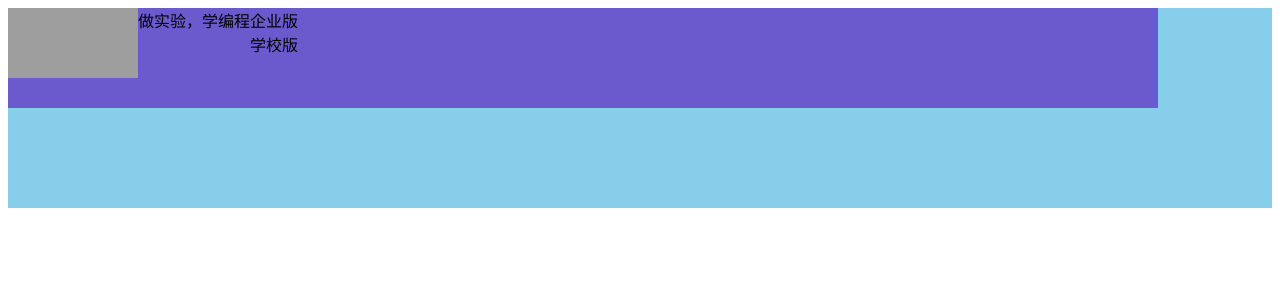
Repository: wuguozheng/xxbb
Page: /
The author's editor kept a copy of each file at every save. The page is drawn from the files as they stood at one save, then again after the next save.
The browser window is 1280 px wide. The pictures show the whole page.
Pictures or frames that could not be fetched are drawn as grey boxes. The project was rebuilt for these pictures with package versions that can differ from the ones it lists, and the page was loaded fresh each time.

Above is the page before, as saved 2020-06-01 11:47:14.

After the next save:
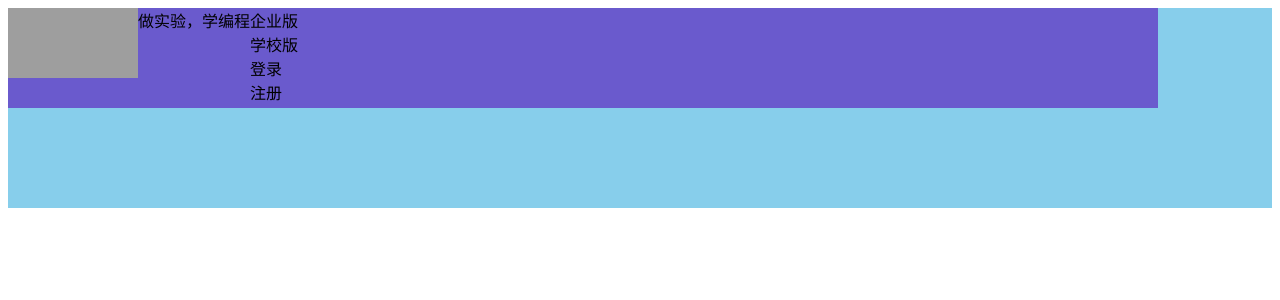
Saved 77 s later.
--- a/src/components/home/Mxs1.vue
+++ b/src/components/home/Mxs1.vue
@@ -6,11 +6,10 @@
        <div>做实验，学编程</div>
        <div class="rap-2">
          <div>企业版</div>
-         <div></div>
+         <div class="tomi"></div>
          <div>学校版</div>
-         <div></div>
-         <div></div>
-         <div></div>
+         <div>登录</div>
+         <div>注册</div>
        </div>
      </div>
    </div>
